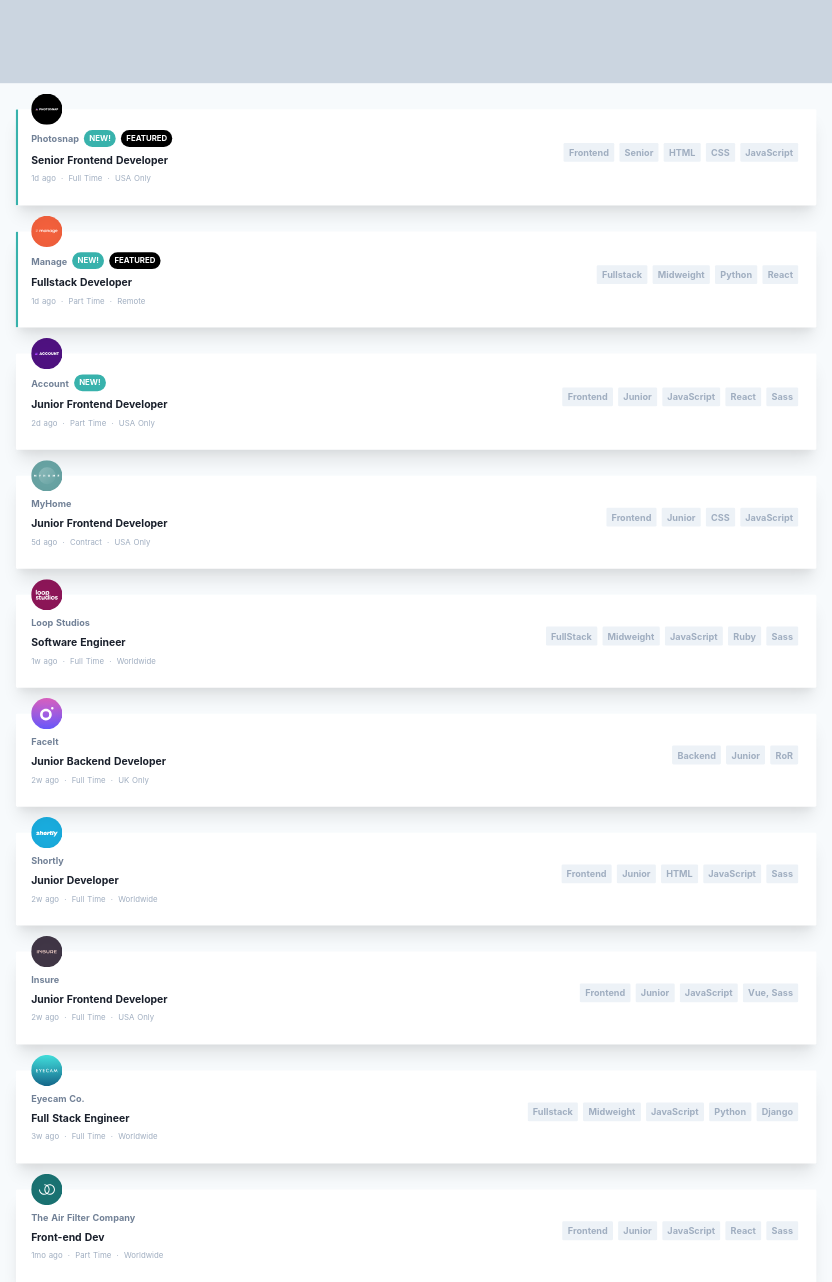
Repository: asongdon/frontendmentor-joblisting
Page: /
An editor plug-in stored every save of this project. The page is shown before and after the next save, followed by the edit.
The browser window is 1280 px wide. The pictures show the whole page, at 65% of full size.
The project was rebuilt for these pictures with package versions that can differ from the ones it lists, and the page was loaded fresh each time. The framework's server and built-in components were replaced by stand-ins that run in the browser. Also part of the build but not shown: nuxt.config.js.

Above is the page before, as saved 2020-04-12 22:25:57.

### layouts/default.vue
<template>
  <div class="h-screen">
    <Header/>
    <nuxt />
  </div>
</template>

<script>
import Header from '@/components/Header.vue'

export default {
  components: {
    Header
  },
}
</script>

<style>
html {
  font-family: 'Inter', -apple-system, BlinkMacSystemFont, 'Segoe UI',
    Roboto, 'Helvetica Neue', Arial, sans-serif;
  font-size: 16px;
  word-spacing: 1px;
  -ms-text-size-adjust: 100%;
  -webkit-text-size-adjust: 100%;
  -moz-osx-font-smoothing: grayscale;
  -webkit-font-smoothing: antialiased;
  box-sizing: border-box;
  @apply bg-gray-100;
}

*,
*:before,
*:after {
  box-sizing: border-box;
  margin: 0;
}

.button--green {
  display: inline-block;
  border-radius: 4px;
  border: 1px solid #3b8070;
  color: #3b8070;
  text-decoration: none;
  padding: 10px 30px;
}

.button--green:hover {
  color: #fff;
  background-color: #3b8070;
}

.button--grey {
  display: inline-block;
  border-radius: 4px;
  border: 1px solid #35495e;
  color: #35495e;
  text-decoration: none;
  padding: 10px 30px;
  margin-left: 15px;
}

.button--grey:hover {
  color: #fff;
  background-color: #35495e;
}
</style>

### pages/index.vue
<template>
  <div class="mt-10">
    <div class="container mx-auto px-6" v-for="item in data" :key="item.id">
      <Maincard
        :logo="item.logo"
        :company="item.company"
        :newStatus="item.new"
        :featured="item.featured"
        :position="item.position"
        :postedAt="item.postedAt"
        :contract="item.contract"
        :location="item.location"
        :languages="item.languages"
        :tools="item.tools"
        :level="item.level"
        :role="item.role"
      />
    </div>
  </div>
</template>

<script>
import Maincard from '@/components/Maincard'
import data from '@/static/data/data.json'

export default {
  components: {
    Maincard
  },
  data() {
    return {
      data
    }
  }
}
</script>

<style>
/* Sample `apply` at-rules with Tailwind CSS
.container {
  @apply min-h-screen flex justify-center items-center text-center mx-auto;
}
*/
</style>

### components/Header.vue
<template>
  <div class="w-full h-32 bg-gray-400"></div>
</template>

<script>
export default {}
</script>

<style></style>

### components/Maincard.vue
<template>
  <div
    class="flex flex-col lg:flex-row lg:justify-between flex-no-wrap rounded-sm px-5 bg-white shadow-xl pb-4 mb-10 border-l-4 border-white"
    :class="{ 'border-l-4': featured, 'border-teal-500': featured }"
  >
    <!-- Info -->
    <div>
      <div class="-mt-6 mb-2">
        <img class="w-12" :src="'/logos/' + logo" alt="" />
      </div>

      <div class="flex items-center">
        <div class="text-sm font-bold text-gray-600">{{ company }}</div>
        <div class="flex text-xs font-bold">
          <div
            v-if="newStatus"
            class=" bg-teal-500 text-white rounded-full px-2 py-1 uppercase ml-2"
          >
            New!
          </div>
          <div
            v-if="featured"
            class="bg-black text-white rounded-full px-2 py-1 uppercase ml-2"
          >
            Featured
          </div>
        </div>
      </div>

      <div class="mt-2 font-bold text-gray-900">
        {{ position }}
      </div>

      <div
        class="flex text-xs mt-2 text-gray-500 border-b border-gray-200 pb-4 lg:border-0"
      >
        <div class="mr-2">{{ postedAt }}</div>
        <div class="mr-2">·</div>
        <div class="mr-2">{{ contract }}</div>
        <div class="mr-2">·</div>
        <div>{{ location }}</div>
      </div>
    </div>
    <!-- End Info -->

    <!-- Tags -->
    <div class="mt-4 flex flex-wrap justify-start lg:justify-end lg:items-center">
      <div
        class="px-2 py-1 bg-gray-200 text-gray-500 rounded-sm font-bold mr-2 mb-4 text-sm"
      >
        {{ role }}
      </div>
      <div
        class="px-2 py-1 bg-gray-200 text-gray-500 rounded-sm font-bold mr-2 mb-4 text-sm"
      >
        {{ level }}
      </div>
      <div
        v-for="tag in languages"
        :key="tag.id"
        class="px-2 py-1 bg-gray-200 text-gray-500 rounded-sm font-bold mr-2 mb-4 text-sm"
      >
        {{ tag }}
      </div>
      <div
        v-for="tool in tools"
        :key="tool.id"
        class="px-2 py-1 bg-gray-200 text-gray-500 rounded-sm font-bold mr-2 mb-4 text-sm"
      >
        {{ tool }}
      </div>
    </div>
    <!-- End Tags -->

  </div>
</template>

<script>
export default {
  props: {
    logo: String,
    company: String,
    newStatus: Boolean,
    featured: Boolean,
    position: String,
    postedAt: String,
    contract: String,
    location: String,
    languages: Array,
    tools: Array,
    level: String,
    role: String
  }
}
</script>

<style></style>

### static/data/data.json
[
  {
    "id": 1,
    "company": "Photosnap",
    "logo": "photosnap.svg",
    "new": true,
    "featured": true,
    "position": "Senior Frontend Developer",
    "role": "Frontend",
    "level": "Senior",
    "postedAt": "1d ago",
    "contract": "Full Time",
    "location": "USA Only",
    "languages": ["HTML", "CSS", "JavaScript"]
  },
  {
    "id": 2,
    "company": "Manage",
    "logo": "manage.svg",
    "new": true,
    "featured": true,
    "position": "Fullstack Developer",
    "role": "Fullstack",
    "level": "Midweight",
    "postedAt": "1d ago",
    "contract": "Part Time",
    "location": "Remote",
    "languages": ["Python"],
    "tools": ["React"]
  },
  {
    "id": 3,
    "company": "Account",
    "logo": "account.svg",
    "new": true,
    "featured": false,
    "position": "Junior Frontend Developer",
    "role": "Frontend",
    "level": "Junior",
    "postedAt": "2d ago",
    "contract": "Part Time",
    "location": "USA Only",
    "languages": ["JavaScript"],
    "tools": ["React", "Sass"]
  },
  {
    "id": 4,
    "company": "MyHome",
    "logo": "myhome.svg",
    "new": false,
    "featured": false,
    "position": "Junior Frontend Developer",
    "role": "Frontend",
    "level": "Junior",
    "postedAt": "5d ago",
    "contract": "Contract",
    "location": "USA Only",
    "languages": ["CSS", "JavaScript"]
  },
  {
    "id": 5,
    "company": "Loop Studios",
    "logo": "loop-studios.svg",
    "new": false,
    "featured": false,
    "position": "Software Engineer",
    "role": "FullStack",
    "level": "Midweight",
    "postedAt": "1w ago",
    "contract": "Full Time",
    "location": "Worldwide",
    "languages": ["JavaScript"],
    "tools": ["Ruby", "Sass"]
  },
  {
    "id": 6,
    "company": "FaceIt",
    "logo": "faceit.svg",
    "new": false,
    "featured": false,
    "position": "Junior Backend Developer",
    "role": "Backend",
    "level": "Junior",
    "postedAt": "2w ago",
    "contract": "Full Time",
    "location": "UK Only",
    "tools": ["RoR"]
  },
  {
    "id": 7,
    "company": "Shortly",
    "logo": "shortly.svg",
    "new": false,
    "featured": false,
    "position": "Junior Developer",
    "role": "Frontend",
    "level": "Junior",
    "postedAt": "2w ago",
    "contract": "Full Time",
    "location": "Worldwide",
    "languages": ["HTML", "JavaScript"],
    "tools": ["Sass"]
  },
  {
    "id": 8,
    "company": "Insure",
    "logo": "insure.svg",
    "new": false,
    "featured": false,
    "position": "Junior Frontend Developer",
    "role": "Frontend",
    "level": "Junior",
    "postedAt": "2w ago",
    "contract": "Full Time",
    "location": "USA Only",
    "languages": ["JavaScript"],
    "tools": ["Vue, Sass"]
  },
  {
    "id": 9,
    "company": "Eyecam Co.",
    "logo": "eyecam-co.svg",
    "new": false,
    "featured": false,
    "position": "Full Stack Engineer",
    "role": "Fullstack",
    "level": "Midweight",
    "postedAt": "3w ago",
    "contract": "Full Time",
    "location": "Worldwide",
    "languages": ["JavaScript", "Python"],
    "tools": ["Django"]
  },
  {
    "id": 10,
    "company": "The Air Filter Company",
    "logo": "the-air-filter-company.svg",
    "new": false,
    "featured": false,
    "position": "Front-end Dev",
    "role": "Frontend",
    "level": "Junior",
    "postedAt": "1mo ago",
    "contract": "Part Time",
    "location": "Worldwide",
    "languages": ["JavaScript"],
    "tools": ["React", "Sass"]
  }
]

Loaded but not shown: assets/css/tailwind.css (common file); tailwind.config.js (common file); store/filter.js (no copy from this time; the picture is the same without it); store/index.js (no copy from this time; the picture is the same without it)

After the next save:
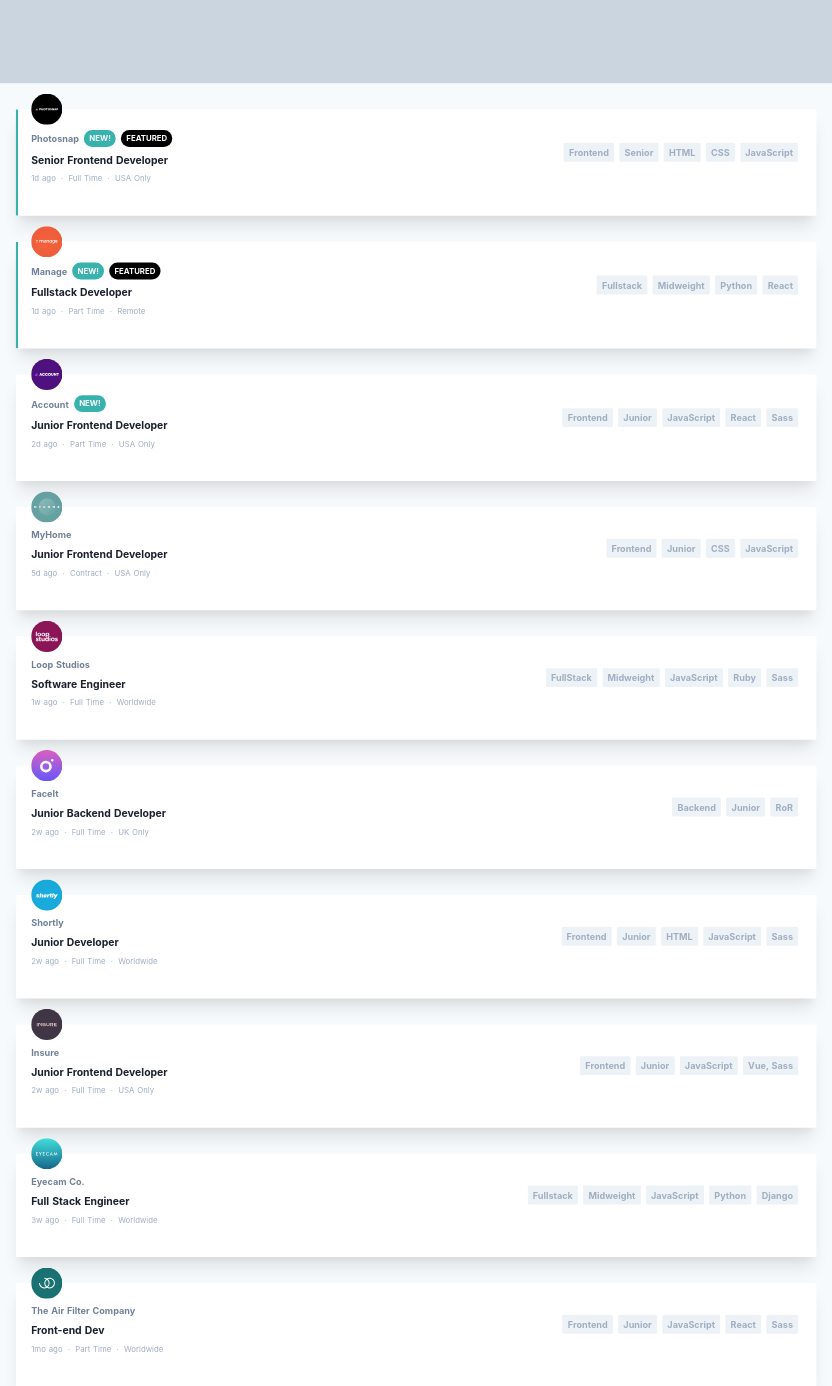
Saved 29 s later.
--- a/components/Maincard.vue
+++ b/components/Maincard.vue
@@ -4,7 +4,7 @@
     :class="{ 'border-l-4': featured, 'border-teal-500': featured }"
   >
     <!-- Info -->
-    <div>
+    <div class="mb-4">
       <div class="-mt-6 mb-2">
         <img class="w-12" :src="'/logos/' + logo" alt="" />
       </div>
@@ -44,7 +44,7 @@
     <!-- End Info -->
 
     <!-- Tags -->
-    <div class="mt-4 flex flex-wrap justify-start lg:justify-end lg:items-center">
+    <div class="flex flex-wrap justify-start lg:justify-end lg:items-center">
       <div
         class="px-2 py-1 bg-gray-200 text-gray-500 rounded-sm font-bold mr-2 mb-4 text-sm"
       >
